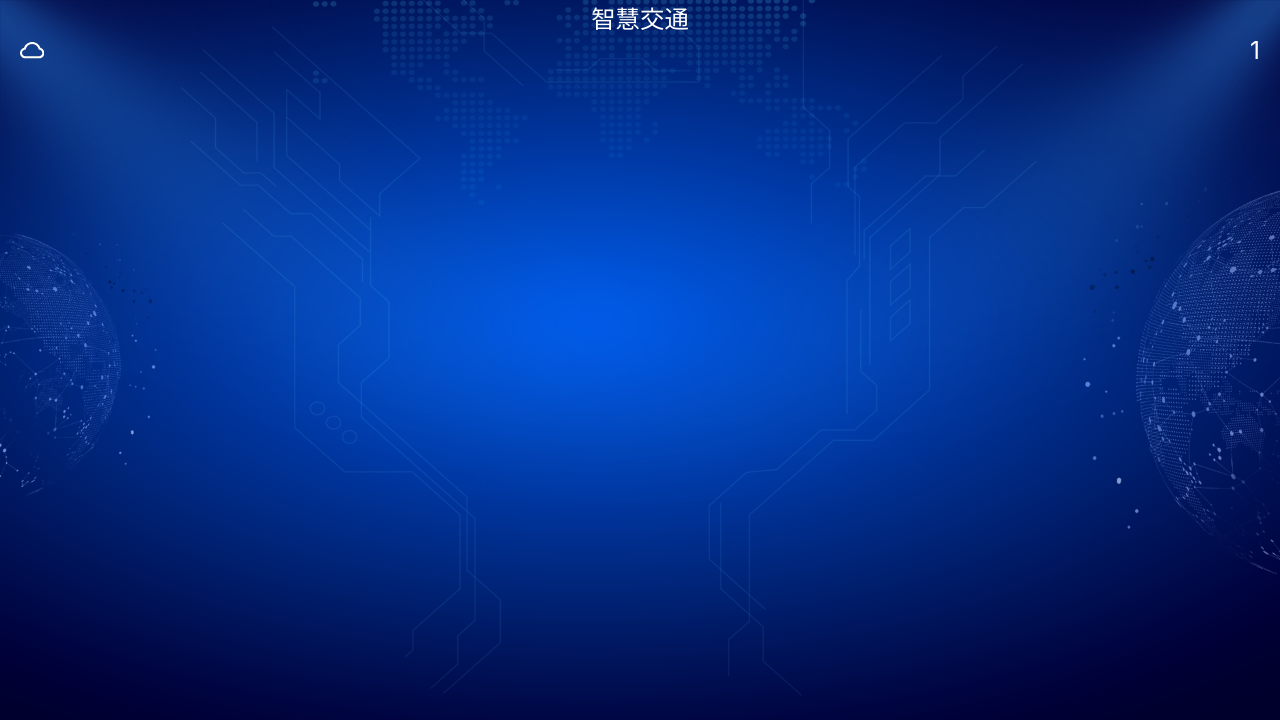
Repository: lizzie7d/smart-traffic
Page: /
These files come from the project's save history. The page is drawn as it stood at one moment and after a run of saves; the edit follows.
The browser window is 1280 px wide. The pictures show the whole page.
The project was rebuilt for these pictures with package versions that can differ from the ones it lists, and the page was loaded fresh each time.

Above is the page before, as saved 2023-04-11 17:06:58.

### src/App.js
import "./App.css";
import MainPage from "./pages/main";

function App() {
  return (
    <div className="App">
      <header className="App-header"></header>
      <content className="App-content">
        <MainPage />
      </content>
    </div>
  );
}

export default App;

### src/App.css
.App {
  text-align: center;
}


.App-content {
  /* background-color: #282c34; */
  min-height: 100vh;
  display: flex;
  background-image: url(./assets/bg-image.png);
background-repeat: no-repeat;
background-size: 100%;
  flex-direction: column;
  font-size: calc(10px + 2vmin);
  color: white;
}


.App-link {
  color: #61dafb;
}

@keyframes App-logo-spin {
  from {
    transform: rotate(0deg);
  }
  to {
    transform: rotate(360deg);
  }
}

### src/pages/main.jsx
import React from 'react';
import './style.css'
import { CloudOutlined } from '@ant-design/icons';
const MainPage = () => {
    return (
        <div className="main-container">
            <div className="main-title">
                智慧交通

            </div>
            <div className="main-content">
                <div>
                    <CloudOutlined />
                </div>
                <div>1</div>
            </div>
        </div>
    )
}
export default MainPage;

### src/pages/style.css
.main-container{

height: 100%;
width: 100%;
}

.main-content{
    padding: 0px 20px;
    display: flex;
    flex-direction: row;
    justify-content: space-between;
    gap: 10px;
}

Loaded but not shown: public/index.html (common file); src/index.js (common file); src/index.css (common file); src/reportWebVitals.js (common file)

After the next 2 saves:
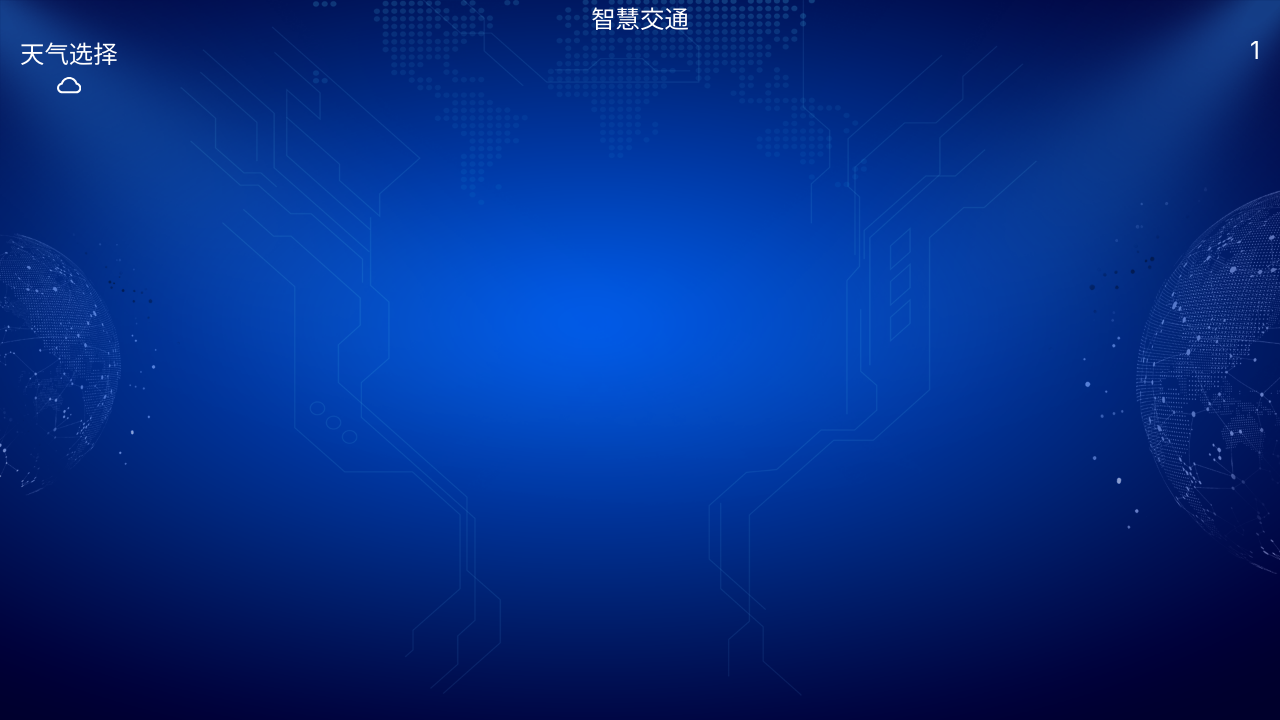
The 2 saves are shown as one change because they came seconds apart.
The last was saved 25 min 6 s later.
--- a/src/pages/main.jsx
+++ b/src/pages/main.jsx
@@ -10,7 +10,10 @@ const MainPage = () => {
             </div>
             <div className="main-content">
                 <div>
-                    <CloudOutlined />
+                    <div className="detail-section">
+                        <div>天气选择</div>
+                        <CloudOutlined />
+                    </div>
                 </div>
                 <div>1</div>
             </div>
